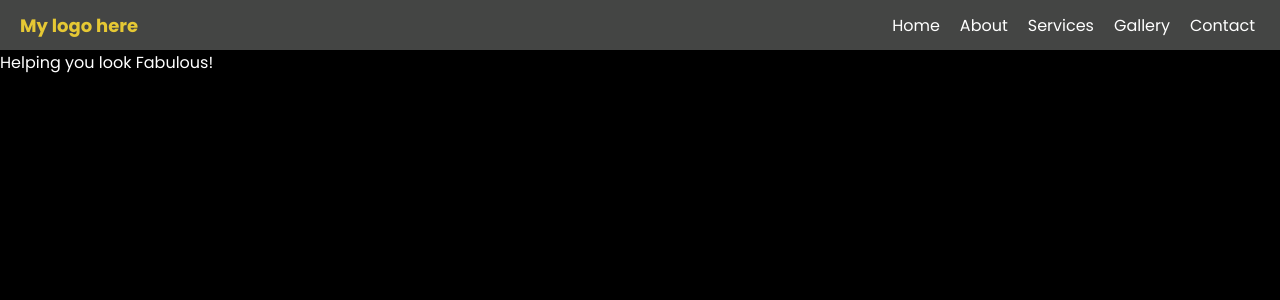
Repository: buzzedison/gardens
Page: index.html
The author's editor kept a copy of each file at every save. The page is drawn from the files as they stood at one save, then again after the next save.
The browser window is 1280 px wide. The pictures show the whole page.

Above is the page before, as saved 2022-01-12 17:01:08.

After the next save:
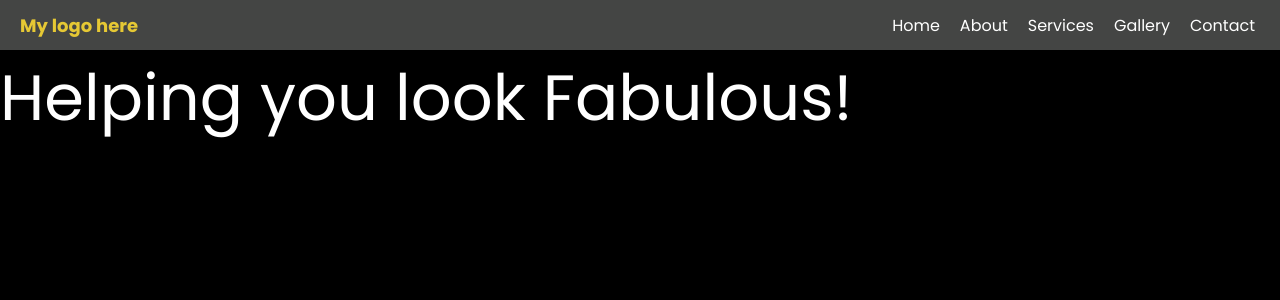
Saved 89 s later.
--- a/css/styles.css
+++ b/css/styles.css
@@ -124,4 +124,5 @@ ul li:hover {
 
 .section-title{
   color: white;
+  font-size: 4em;
 }
